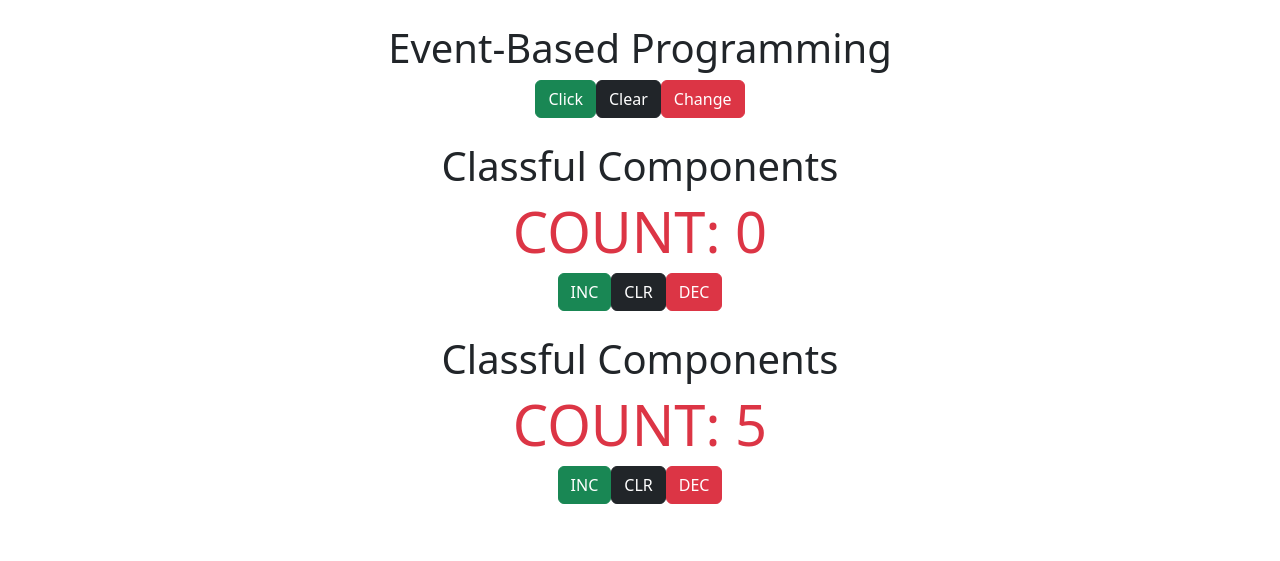
Repository: sedat-akdogan/React_Revision
Page: / (app in sunday/)
These files come from the project's save history. The page is drawn as it stood at one moment and after a run of saves; the edit follows.
The browser window is 1280 px wide. The pictures show the whole page.
The project was rebuilt for these pictures with package versions that can differ from the ones it lists, and the page was loaded fresh each time.

Above is the page before, as saved 2023-04-17 01:14:09.

After the next 7 saves:
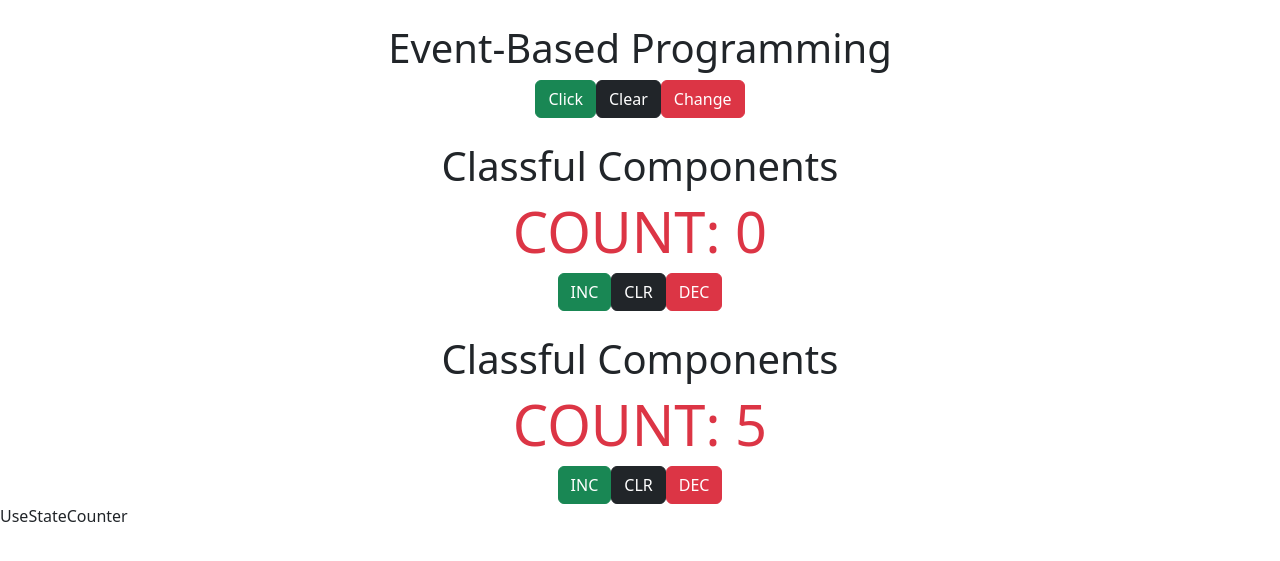
The 7 saves are shown as one change because 2 did not build or start and some came seconds apart.
The last was saved 4 h 40 min later.
--- a/sunday/src/App.js
+++ b/sunday/src/App.js
@@ -1,6 +1,7 @@
 import React from 'react';
 import Events from './components/1-events/Events';
 import Counter from './components/2-classComponents/Counter';
+import UseStateCounter from './components/useStateHook/UseStateCounter';
 
 
 function App() {
@@ -9,6 +10,7 @@ function App() {
             <Events />
             <Counter />
             <Counter count={5}/>
+            < UseStateCounter />
         </div>
     );
 }

After the 2 saves that followed:
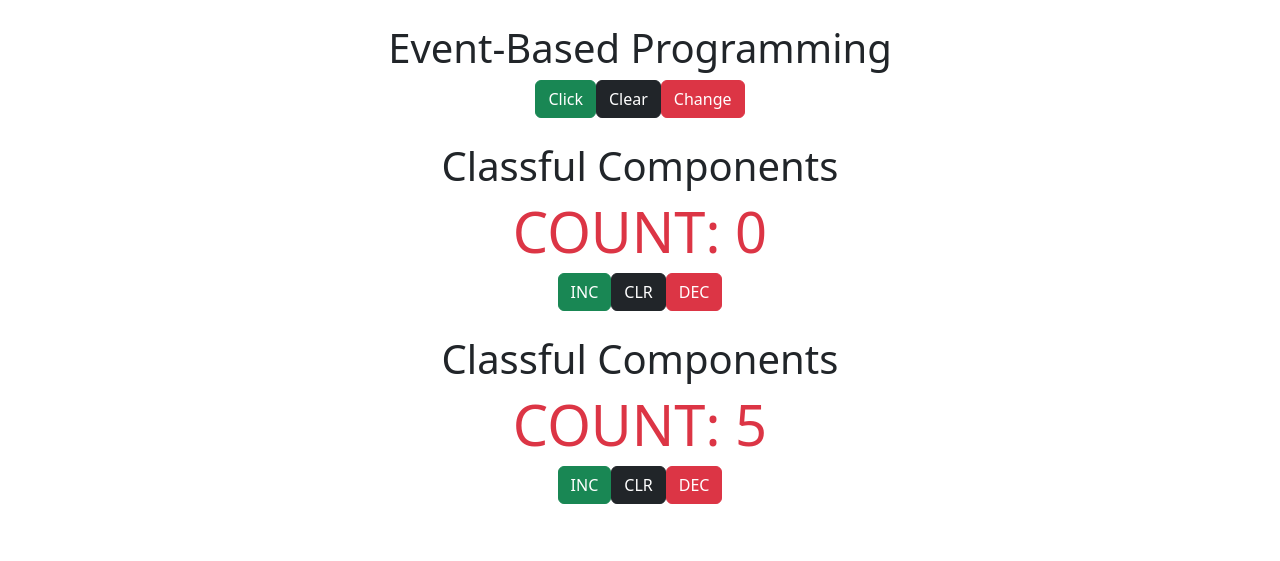
The 2 saves are shown as one change because they came seconds apart.
The last was saved 65 s later.
--- a/sunday/src/components/useStateHook/UseStateCounter.jsx
+++ b/sunday/src/components/useStateHook/UseStateCounter.jsx
@@ -2,7 +2,9 @@
 
 const UseStateCounter = () => {
     return (
-        <div>UseStateCounter</div>
+        <div>
+
+        </div>
     )
 };
 
